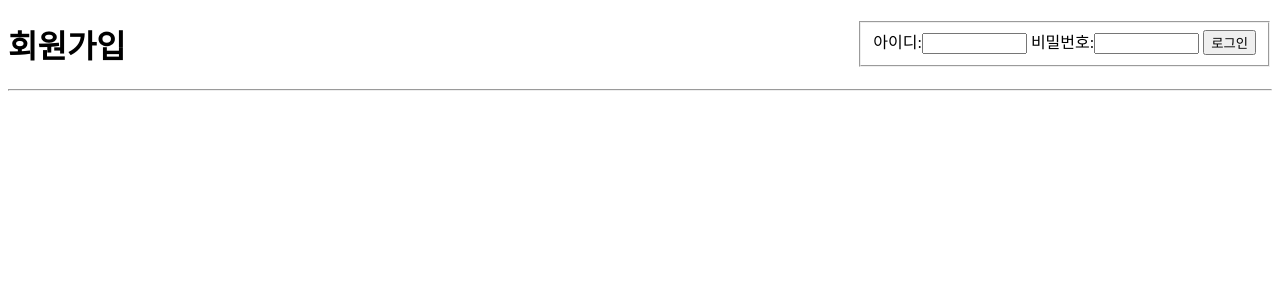
Repository: to-flatwhite1/JSP
Page: http://localhost/JSP/
An editor plug-in stored every save of this project. The page is shown before and after the next save, followed by the edit.
The browser window is 1280 px wide. The pictures show the whole page.
The page is served by Tomcat 9.

Above is the page before, as saved 2024-05-17 08:30:20.

After the next save:
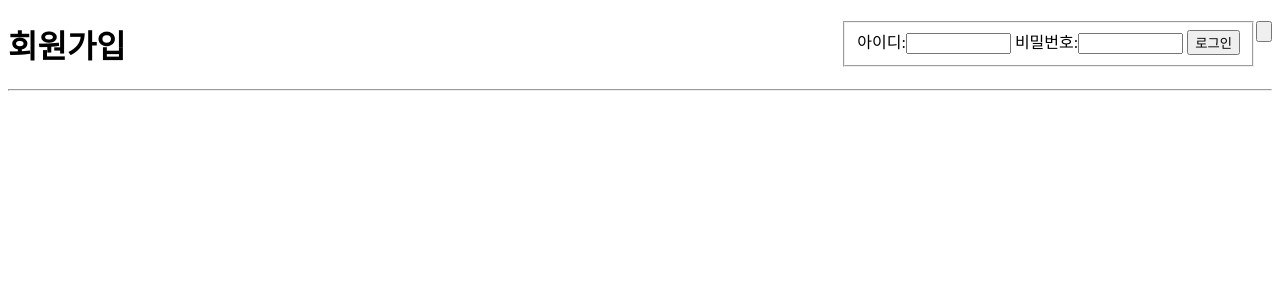
Saved 110 s later.
--- a/portfolio-master/JSP/src/main/webapp/index.jsp
+++ b/portfolio-master/JSP/src/main/webapp/index.jsp
@@ -13,7 +13,11 @@
 		</style>
 	</head>
 	<body>
-
+	<div id="login">
+	<form method="get" action="login.jsp">
+	<input type=button>
+	</form>
+	</div>
 	<form method="get" action="next.jsp">
 	<fieldset>
 	아이디:<input type="text" id="user_id" size="10">
